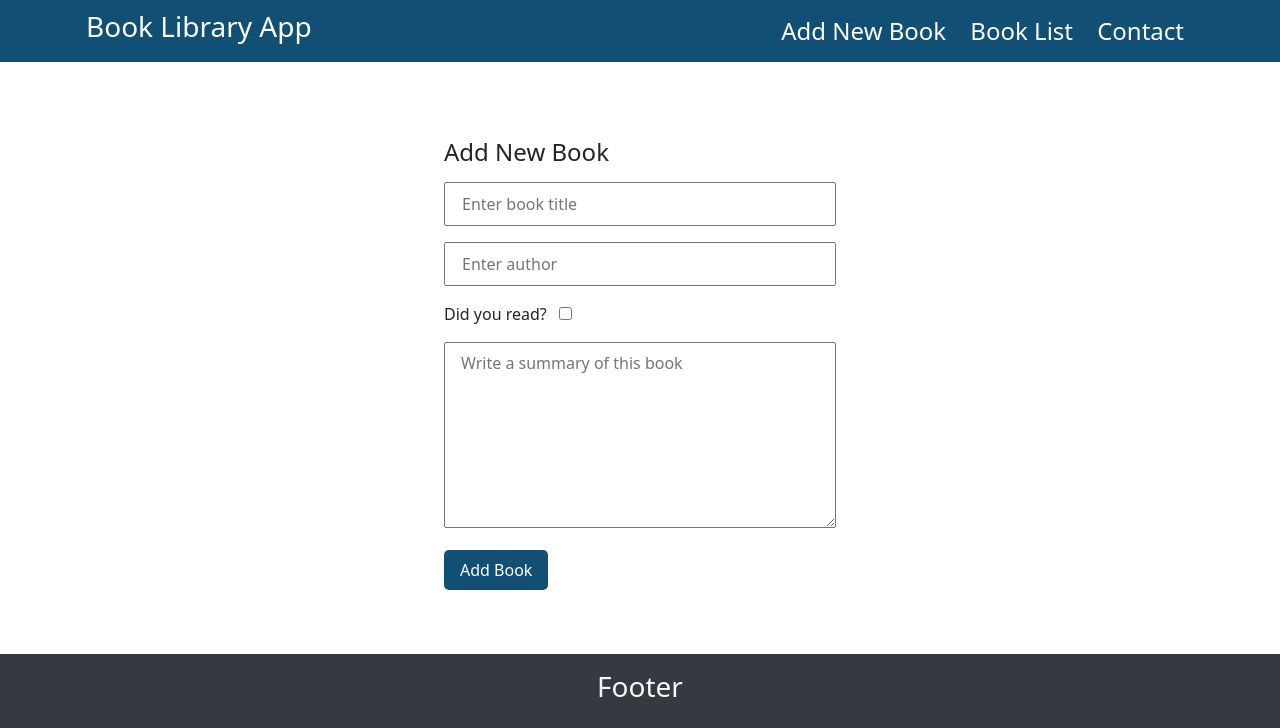
Repository: just-mann/booklibrary-app
Page: http://localhost/
These files come from the project's save history. The page is drawn as it stood at one moment and after the next save; the edit follows.
The browser window is 1280 px wide. The pictures show the whole page.
The page is served by the project's Node server (app.js).

Above is the page before, as saved 2021-06-06 05:00:05.

After the next save:
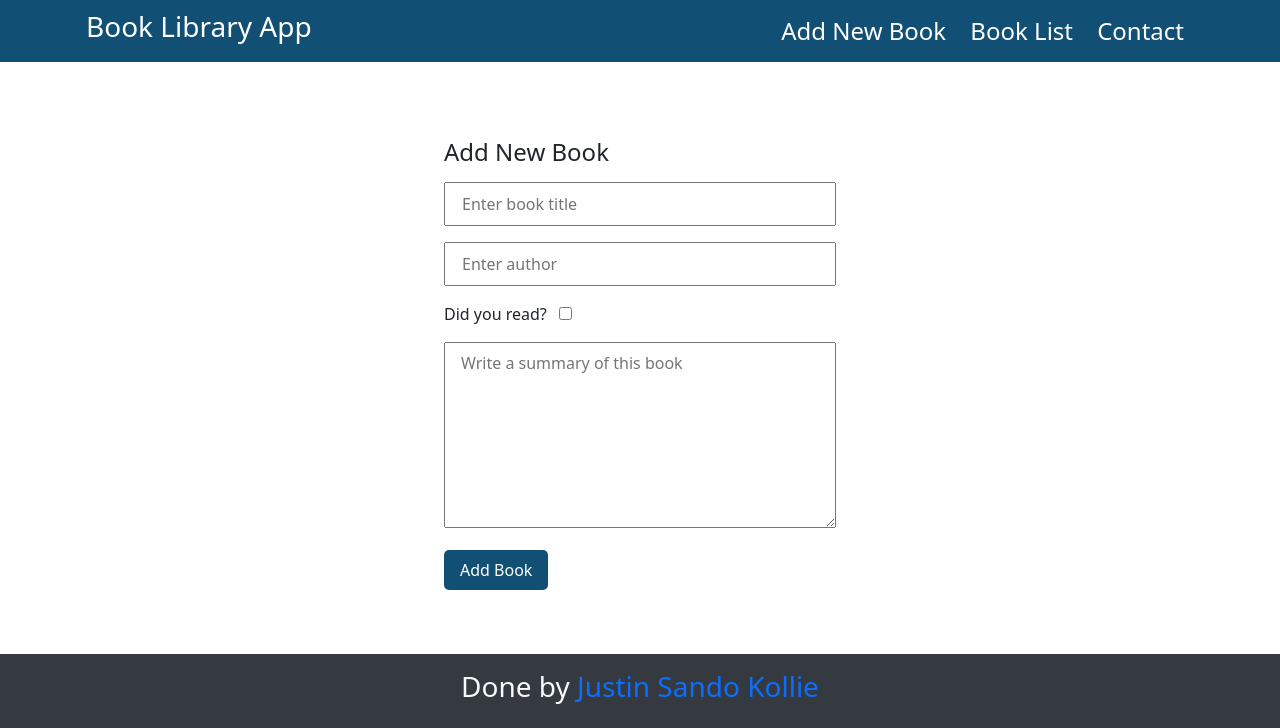
Saved 2 min 24 s later.
--- a/views/partials/Footer.ejs
+++ b/views/partials/Footer.ejs
@@ -2,7 +2,7 @@
     <script src="https://ajax.googleapis.com/ajax/libs/jquery/3.5.1/jquery.min.js"></script>
     <script src="/script.js"></script>
     <div class="container">
-        <h3>Footer</h3>
+        <h3>Done by <a href="https://www.github.com/just-mann">Justin Sando Kollie</a></h3>
     </div>
 </footer>
 <script src="https://unpkg.com/aos@next/dist/aos.js"></script>
